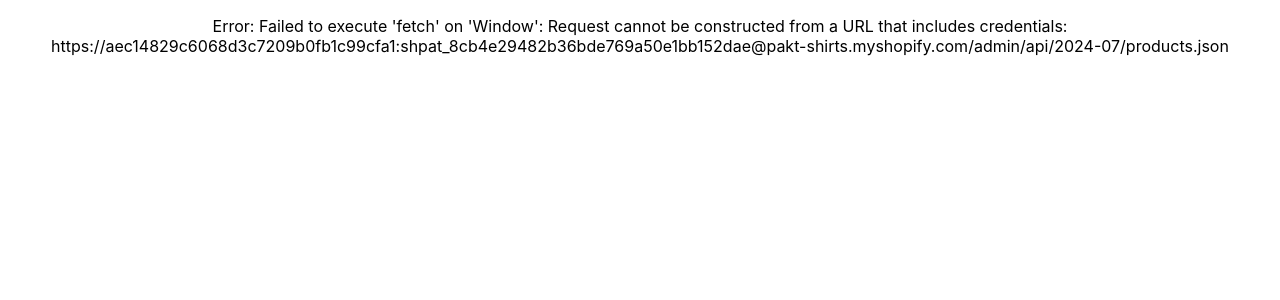
Repository: mitesh-avid-brio/Shopify-React-App
Page: /
The author's editor kept a copy of each file at every save. The page is drawn from the files as they stood at one save, then again after a run of saves.
The browser window is 1280 px wide. The pictures show the whole page.
The project was rebuilt for these pictures with package versions that can differ from the ones it lists, and the page was loaded fresh each time.

Above is the page before, as saved 2024-08-12 11:03:48.

After the next 2 saves:
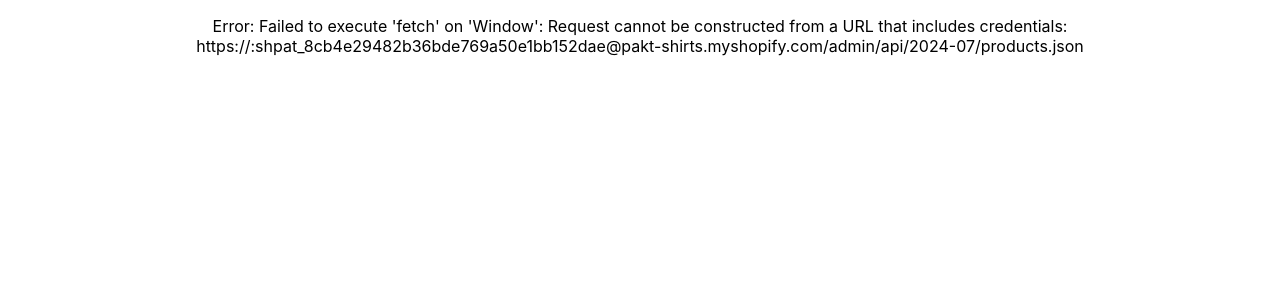
The 2 saves are shown as one change because they came seconds apart.
The last was saved 58 s later.
--- a/src/Components/Inventory.js
+++ b/src/Components/Inventory.js
@@ -8,7 +8,7 @@
 
     useEffect(() => {
         console.log("dad",`https://${process.env.NEXT_PUBLIC_SHOPIFY_CONSUMER_KEY}:${process.env.NEXT_PUBLIC_SHOPIFY_PASSWORD_KEY}@${process.env.NEXT_PUBLIC_SHOPIFY_BASE_URL}/api/2024-07/products.json`)
-        fetch(`https://${process.env.NEXT_PUBLIC_SHOPIFY_CONSUMER_KEY}:${process.env.NEXT_PUBLIC_SHOPIFY_PASSWORD_KEY}@${process.env.NEXT_PUBLIC_SHOPIFY_BASE_URL}/api/2024-07/products.json`,{
+        fetch(`https://:${process.env.NEXT_PUBLIC_SHOPIFY_PASSWORD_KEY}@${process.env.NEXT_PUBLIC_SHOPIFY_BASE_URL}/api/2024-07/products.json`,{
             method: "GET",
             headers:{
                 "X-Shopify-Access-Token": "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",
